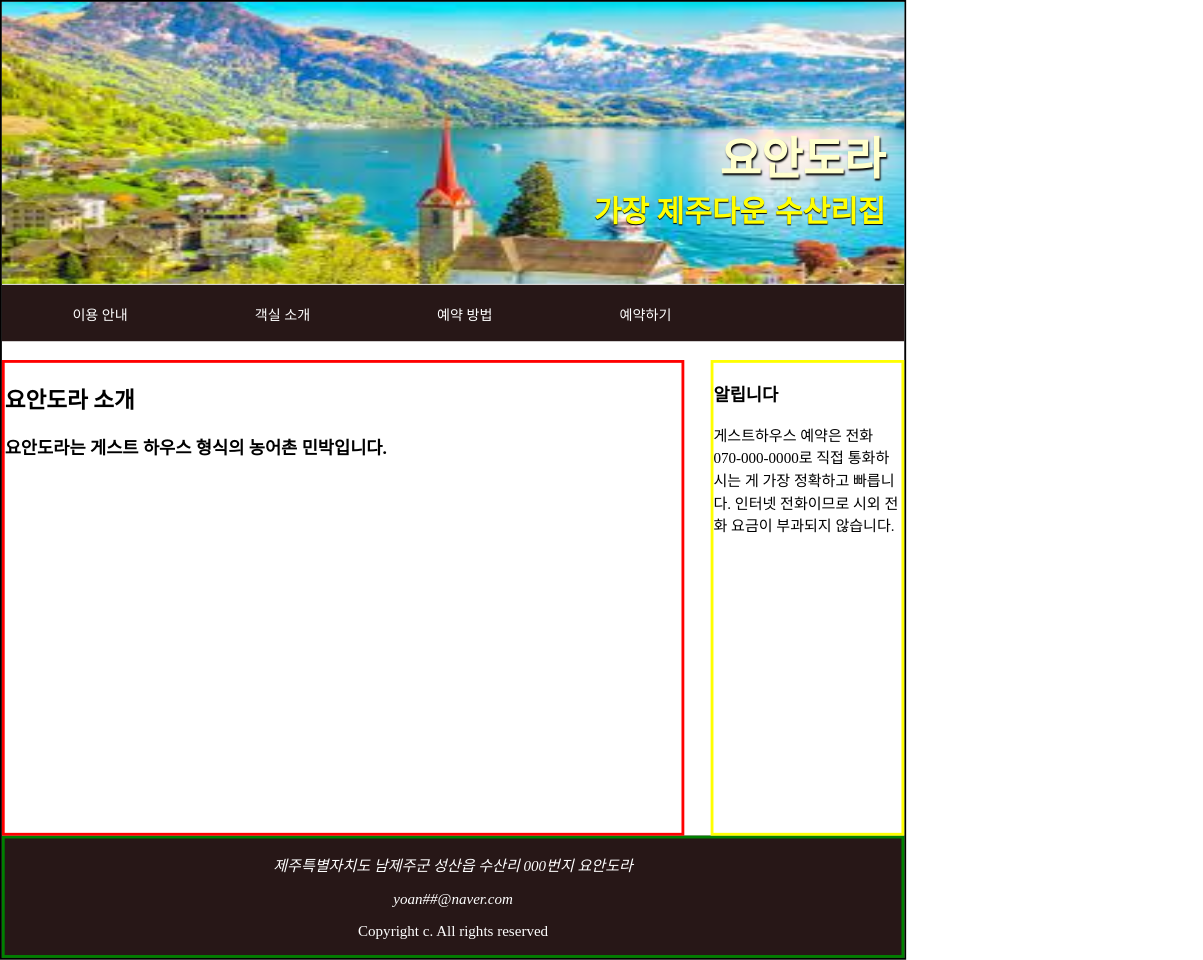
Repository: b1996om/HTML-CSS_study
Page: Practice/public/prac_09.html
The author's editor kept a copy of each file at every save. The page is drawn from the files as they stood at one save, then again after the next save.
The browser window is 1280 px wide. The pictures show the whole page, at 94% of full size.

Above is the page before, as saved 2022-12-13 07:04:32.

After the next save:
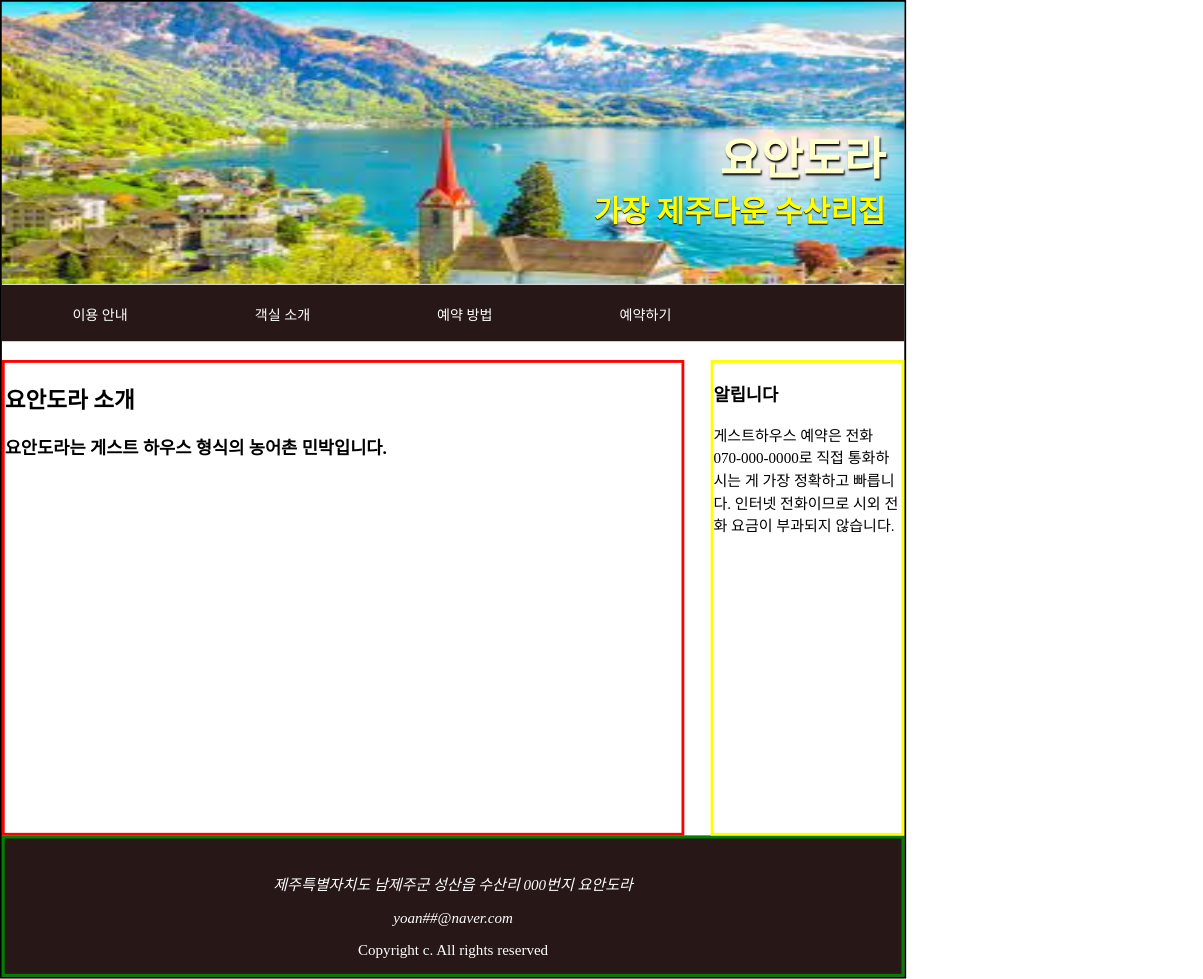
Saved 29 s later.
--- a/Practice/public/prac_09.html
+++ b/Practice/public/prac_09.html
@@ -86,7 +86,7 @@
 			border:3px solid green;
 			text-align:center;
 			clear:both;
-			margin-top:20px;
+			padding-top:20px;
 		}
 	</style>
 </head>

After the save that followed:
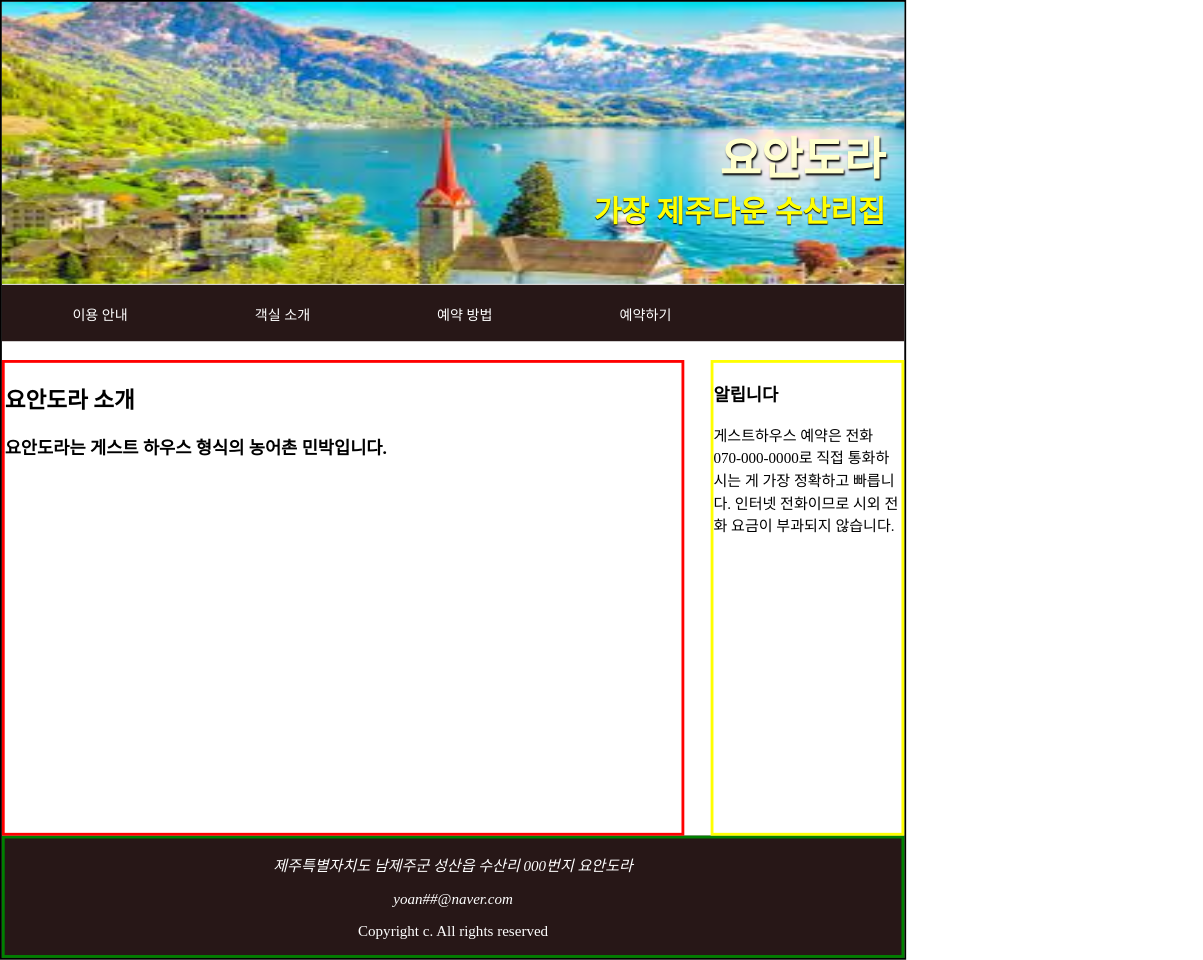
Saved 7 s later.
--- a/Practice/public/prac_09.html
+++ b/Practice/public/prac_09.html
@@ -86,7 +86,7 @@
 			border:3px solid green;
 			text-align:center;
 			clear:both;
-			padding-top:20px;
+			margin-top:20px;
 		}
 	</style>
 </head>
